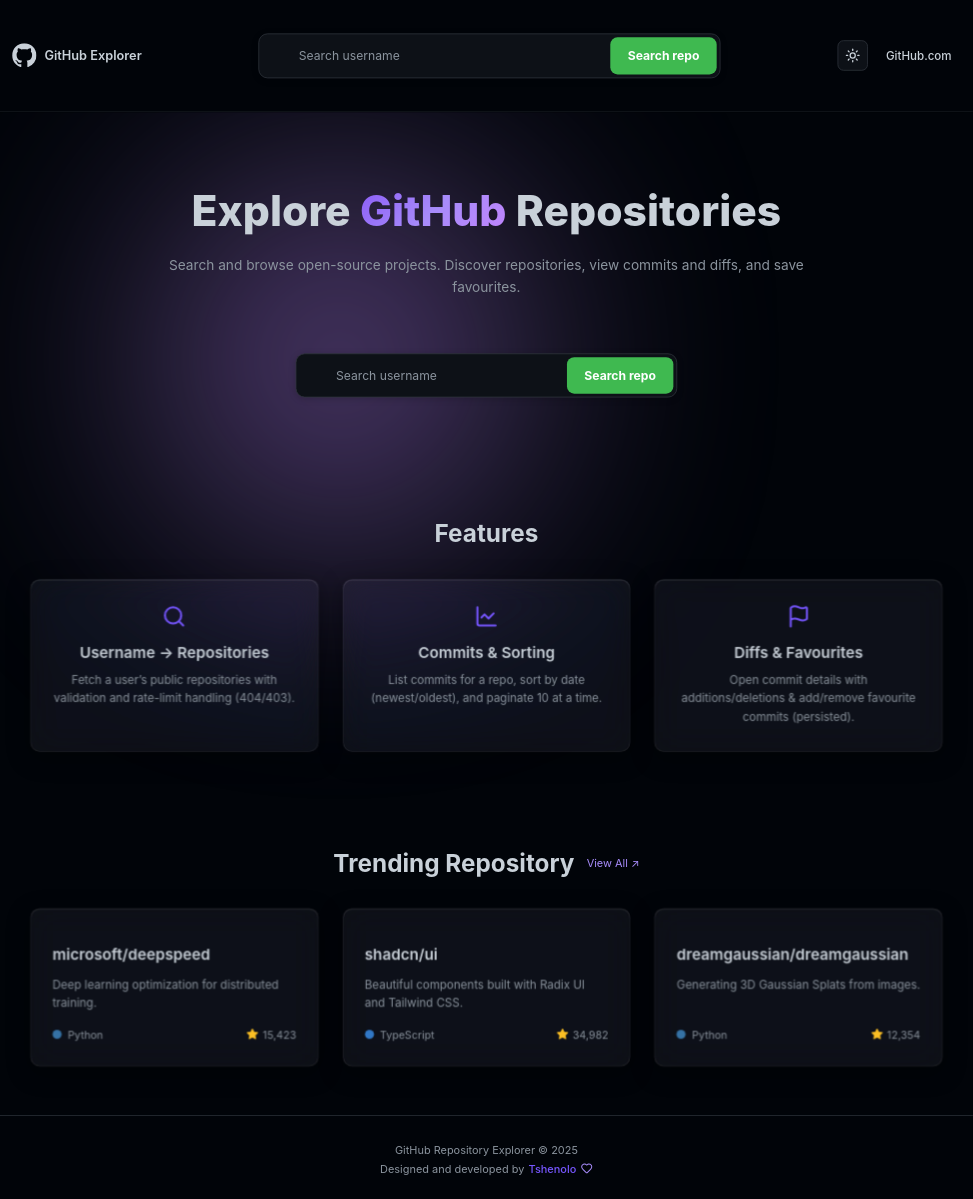
Repository: Tshenolo1994/username-repo
Page: /
The author's editor kept a copy of each file at every save. The page is drawn from the files as they stood at one save, then again after the next save.
The browser window is 1280 px wide. The pictures show the whole page, at 76% of full size.
The project was rebuilt for these pictures with package versions that can differ from the ones it lists, and the page was loaded fresh each time. Also part of the build but not shown: vite.config.ts, src/stores/useRepoStore.ts, src/components/Pagination.vue, src/views/RepoView.vue, src/stores/useCommitStore.ts, src/stores/useFavesStore.ts, src/components/FavouritesList.vue, src/views/CommitView.vue and 3 more.

Above is the page before, as saved 2025-10-28 01:46:27.

After the next save:
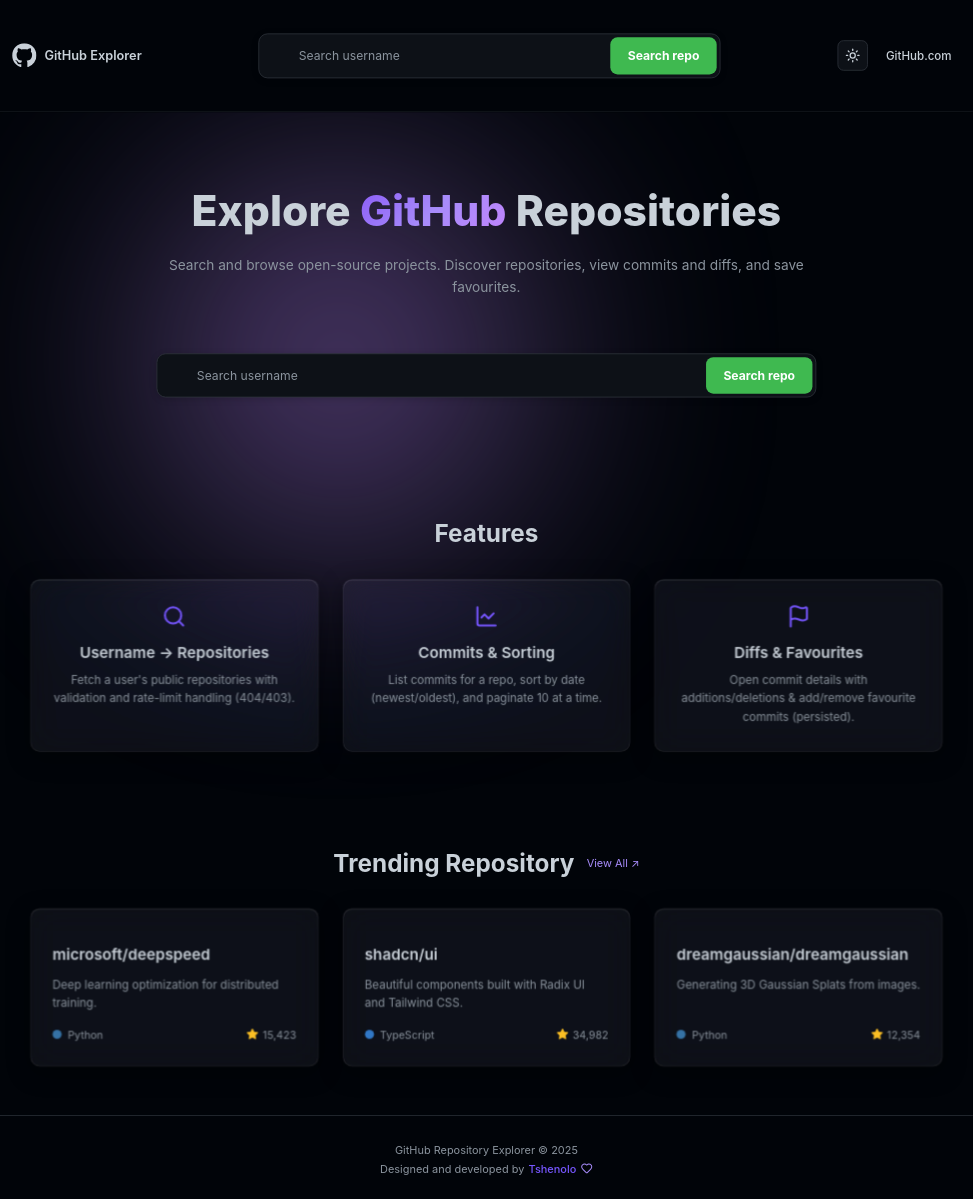
Saved 58 s later.
--- a/src/views/HomeView.vue
+++ b/src/views/HomeView.vue
@@ -11,7 +11,7 @@
     icon: Search as Component,
     title: "Username → Repositories",
     description:
-      "Fetch a user’s public repositories with validation and rate-limit handling (404/403).",
+      "Fetch a user's public repositories with validation and rate-limit handling (404/403).",
   },
   {
     id: 2,
@@ -204,6 +204,9 @@
   font-weight: 800;
   margin-bottom: 1.5rem;
   line-height: 1.2;
+  max-width: 900px;
+  margin-left: auto;
+  margin-right: auto;
 }
 .gradient-text {
   background: linear-gradient(135deg, #8b5cf6 0%, #a78bfa 50%, #c084fc 100%);
@@ -216,13 +219,19 @@
   font-size: 1.125rem;
   margin-bottom: 2.5rem;
   line-height: 1.6;
+  max-width: 900px;
+  margin-left: auto;
+  margin-right: auto;
 }
 .search-box {
   display: flex;
   justify-content: center;
-  gap: 0.75rem;
-  max-width: 600px;
+  width: 100%;
+  max-width: 900px;
   margin: 0 auto;
+}
+.search-wrapper {
+  width: 100%;
 }
 
 .section {
